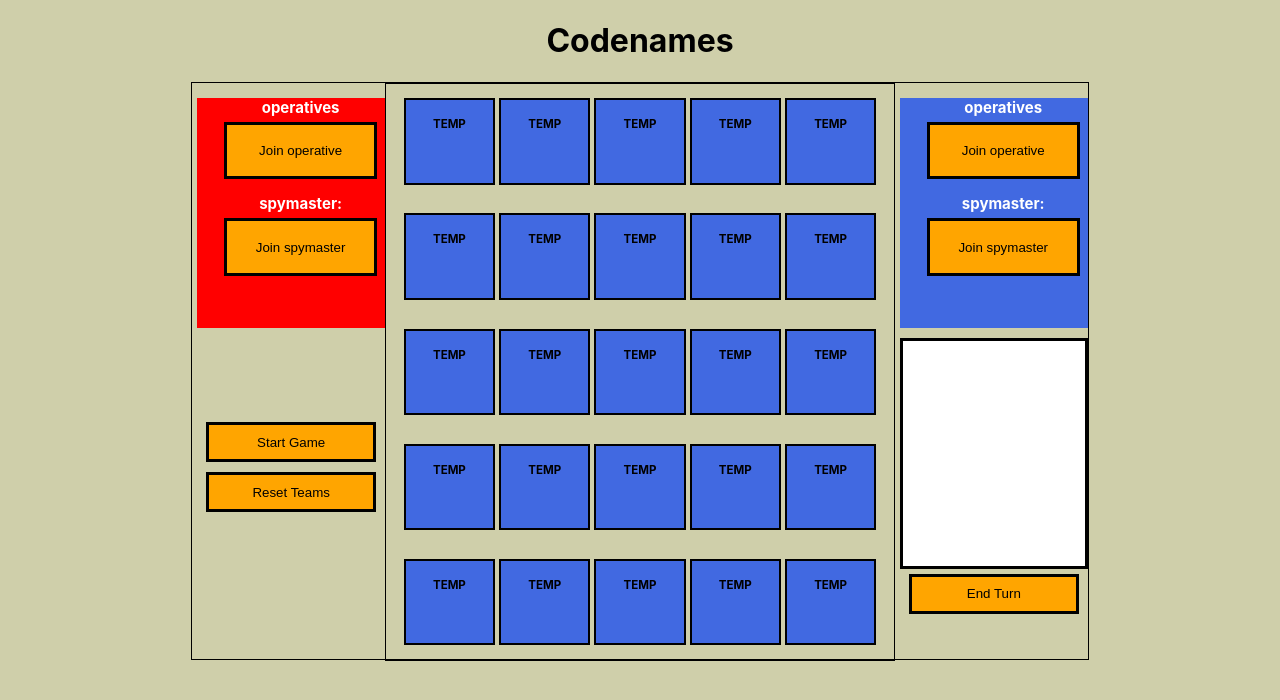
Repository: alcarrizo/Codenames-Fullstack
Page: / (app in client/)
These files come from the project's save history. The page is drawn as it stood at one moment and after the next save; the edit follows.
The browser window is 1280 px wide. The pictures show the whole page.
The project was rebuilt for these pictures with package versions that can differ from the ones it lists, and the page was loaded fresh each time. Imported but missing from the stored project, and not drawn on this page: client/src/reportWebVitals.

Above is the page before, as saved 2023-01-09 21:07:29.

After the next save:
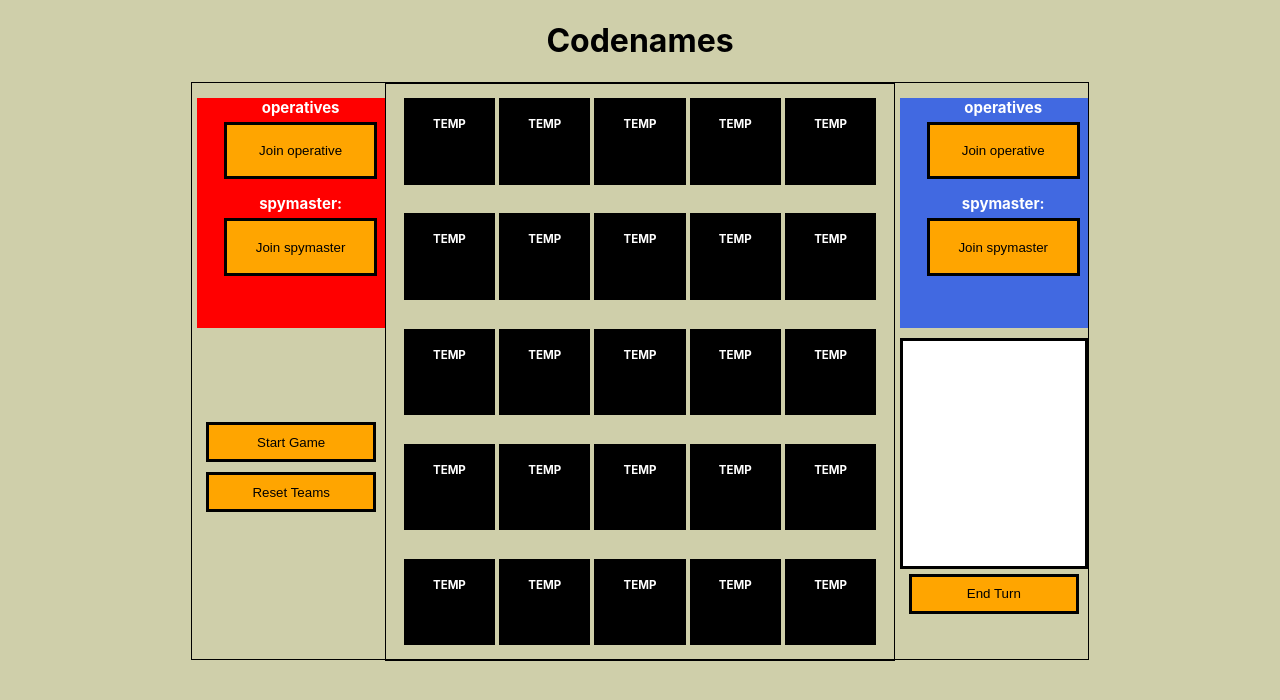
Saved 5 s later.
--- a/client/src/App.js
+++ b/client/src/App.js
@@ -87,7 +87,7 @@ const App = () => {
 
   const [cards, setCards] = useState(Array(25).fill({
     word: null,
-    team: 'blue',
+    team: 'black',
     clicked: true
   }))
 
